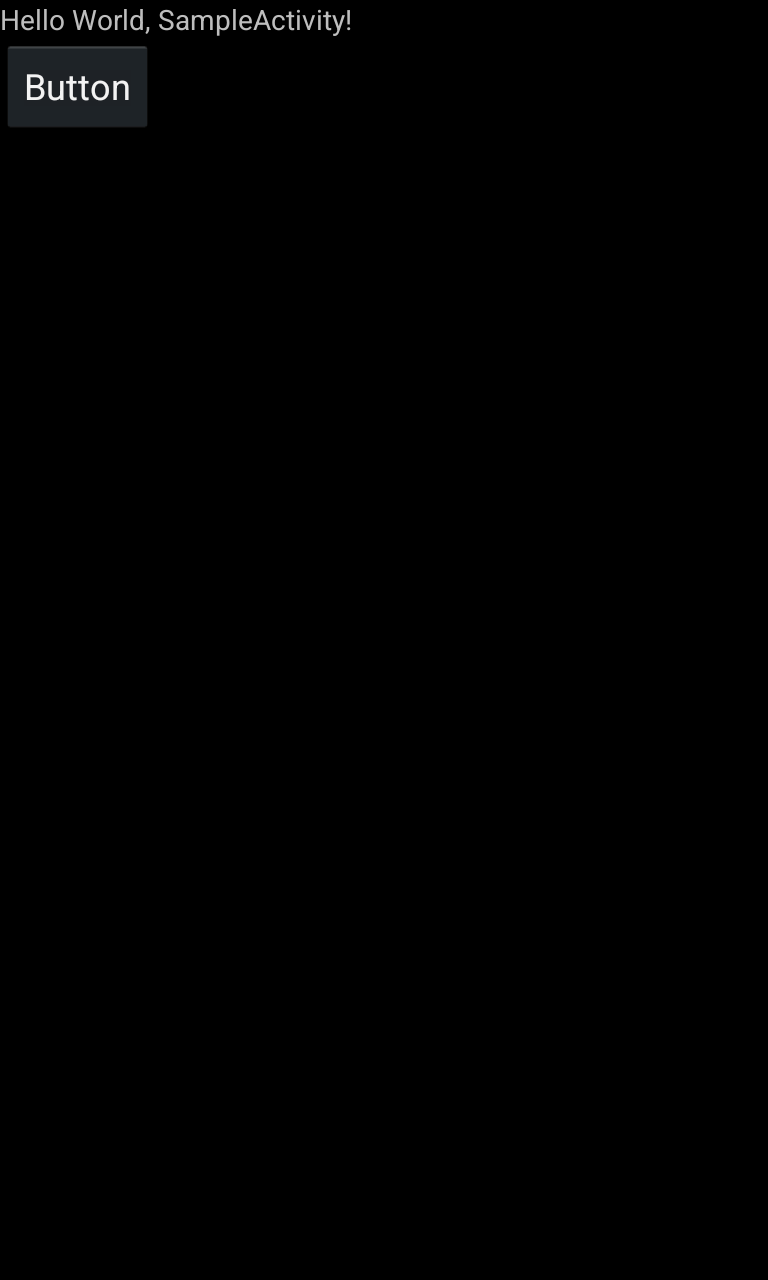
Repository: xueshijun/0.AndroidWorkspace
Layout: Android_wordspace/Sample/res/layout/main.xml
An editor plug-in stored every save of this project. The layout is shown before and after the next save, followed by the edit.
It is drawn on a 768 x 1280 px phone screen (xhdpi) without system bars, with theme android:Theme.Holo; the app's code is not run.

Above is the layout before, as saved 2012-11-25 07:09:48.

After the next save:
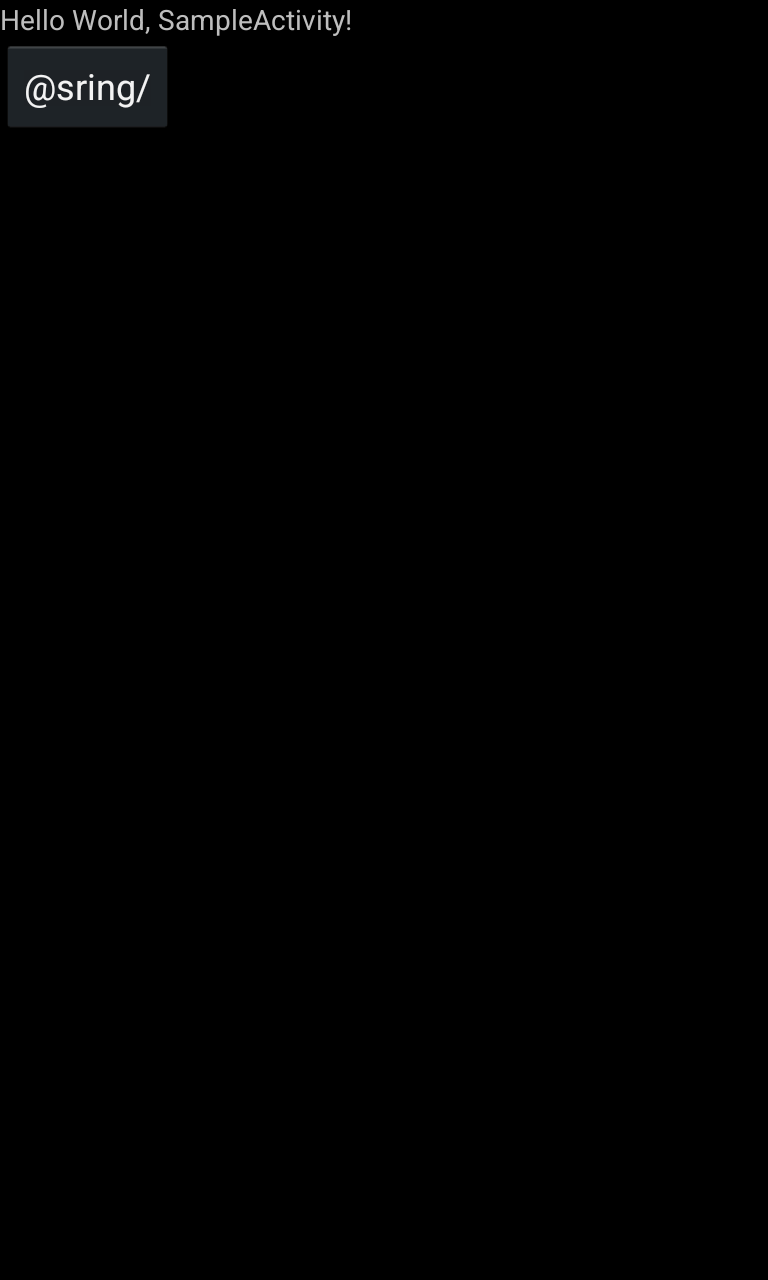
Saved 14 s later.
--- a/Android_wordspace/Sample/res/layout/main.xml
+++ b/Android_wordspace/Sample/res/layout/main.xml
@@ -13,6 +13,6 @@
         android:id="@+id/button1"
         android:layout_width="wrap_content"
         android:layout_height="wrap_content"
-        android:text="Button" />
+        android:text="@sring/" />
 
 </LinearLayout>
